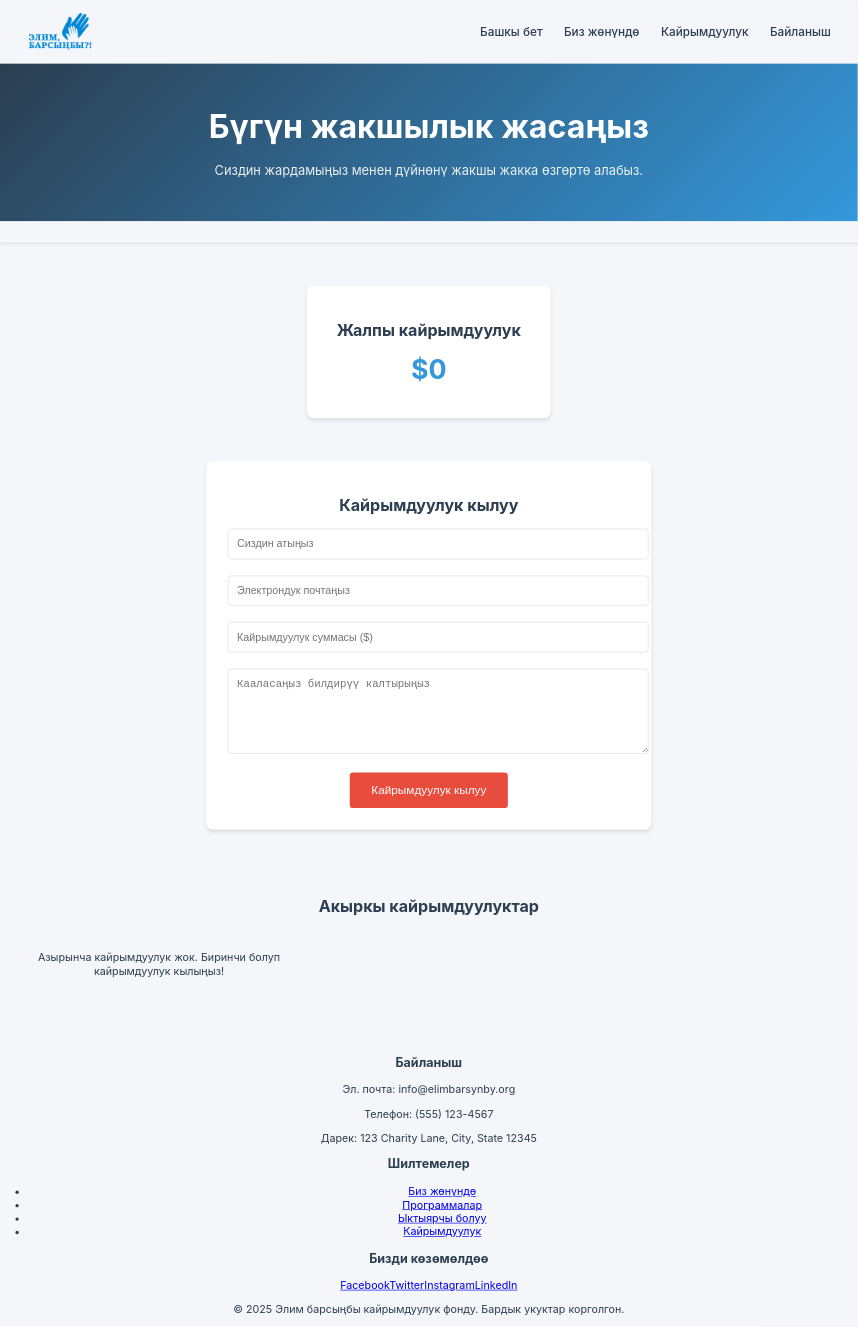
Repository: krmvz/elimbarsynby-
Page: / (app in elim-barsynby-charity/)
The author's editor kept a copy of each file at every save. The page is drawn from the files as they stood at one save, then again after the next save.
The browser window is 1280 px wide. The pictures show the whole page, at 67% of full size.
The page's requests for data from a server got no answer. The project was rebuilt for these pictures with package versions that can differ from the ones it lists, and the page was loaded fresh each time. No one was signed in, and anything a server would have sent is missing.

Above is the page before, as saved 2025-06-17 19:00:53.

After the next save:
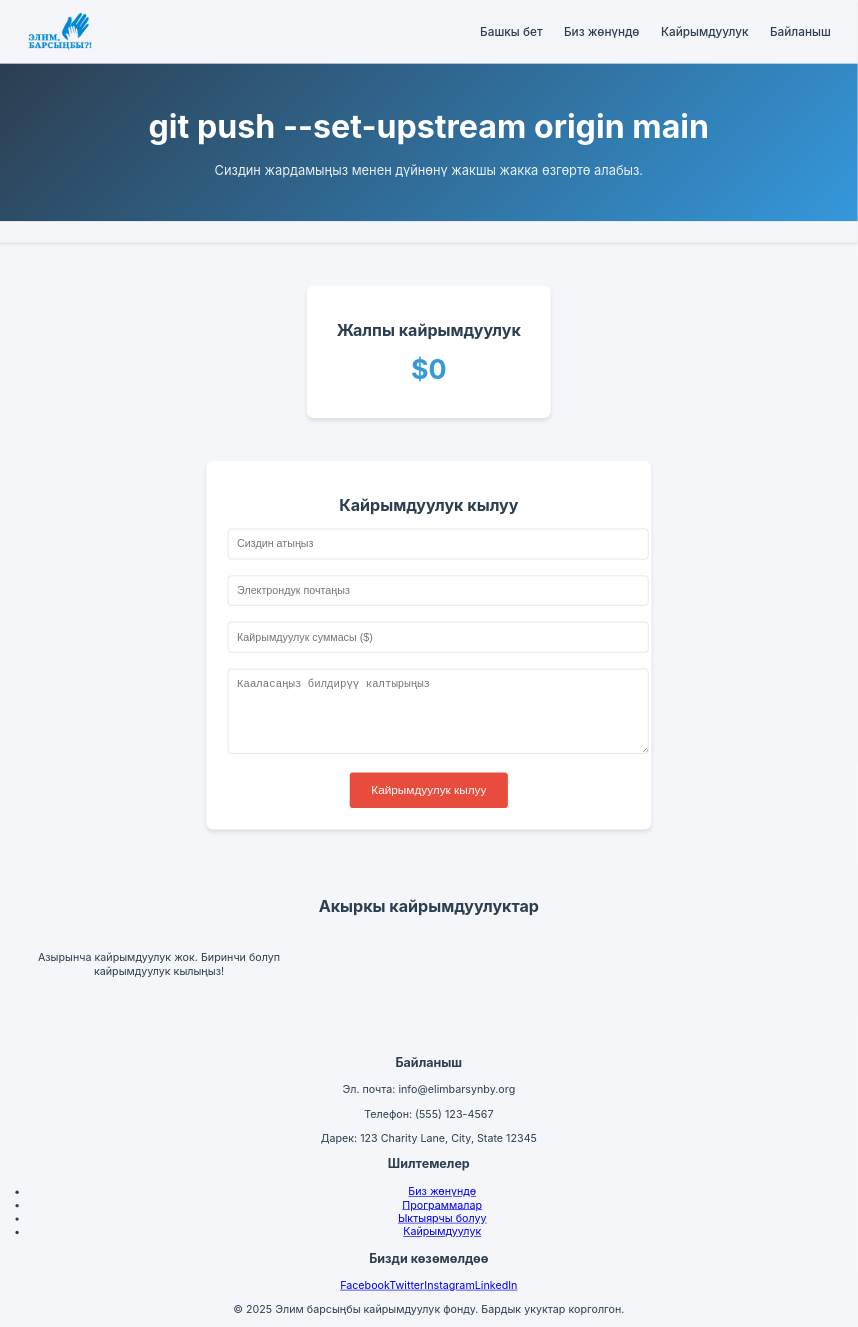
Saved 27 min 55 s later.
--- a/elim-barsynby-charity/src/components/Header.tsx
+++ b/elim-barsynby-charity/src/components/Header.tsx
@@ -18,7 +18,7 @@ const Header: React.FC = () => {
       </div>
 
       <div className="hero">
-        <h1>Бүгүн жакшылык жасаңыз</h1>
+        <h1>git push --set-upstream origin main</h1>
         <p>Сиздин жардамыңыз менен дүйнөнү жакшы жакка өзгөртө алабыз.</p>
       </div>
     </header>
